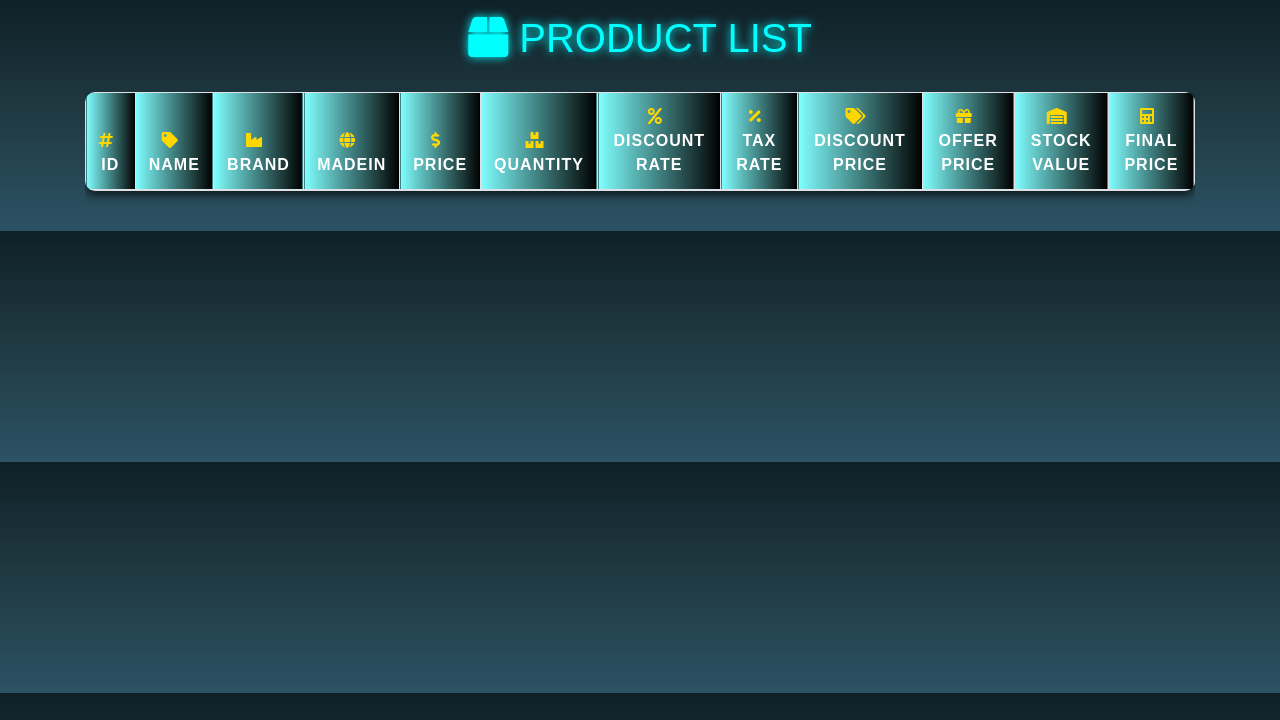
Repository: Ravi-kishor-09/Ravi-projects
Page: http://localhost/product-list
The author's editor kept a copy of each file at every save. The page is drawn from the files as they stood at one save, then again after the next save.
The browser window is 1280 px wide. The pictures show the whole page.
The page is this project's Thymeleaf template; nobody is signed in. The template is opened directly, without the code that normally fills it, so the values that code supplies are empty.

Above is the page before, as saved 2024-12-20 14:21:49.

### spring1/src/main/resources/templates/product-list.html
<!DOCTYPE html>
<html lang="en">
<head>
    <meta charset="UTF-8">
    <meta name="viewport" content="width=device-width, initial-scale=1.0">
    <title>Product List</title>
    <!-- Bootstrap CSS -->
    <link href="https://maxcdn.bootstrapcdn.com/bootstrap/4.5.2/css/bootstrap.min.css" rel="stylesheet">
    <!-- Font Awesome for Icons -->
    <link href="https://cdnjs.cloudflare.com/ajax/libs/font-awesome/5.15.4/css/all.min.css" rel="stylesheet">
    <style>
        /* General Styles */
        body {
            background: linear-gradient(to bottom, #0f2027, #203a43, #2c5364);
            color: white;
            font-family: 'Arial', sans-serif;
        }
        h1 {
            color: aqua;
            margin-bottom: 20px;
            text-shadow: 0 0 10px aqua;
            animation: text-jump 2s infinite;
        }
        @keyframes text-jump {
            0%, 100% { transform: translateY(0); }
            50% { transform: translateY(-10px); }
        }

        /* Table Styles */
        table {
            background-color: rgba(0, 0, 0, 0.8);
            border-radius: 10px;
            overflow: hidden;
            box-shadow: 0 4px 10px rgba(0, 0, 0, 0.7);
        }
        thead th {
            background: linear-gradient(90deg, rgb(128, 255, 255), rgb(0, 0, 0));
            color: white;
            font-weight: bold;
            text-transform: uppercase;
            letter-spacing: 1px;
        }
        tbody td {
            color: #d4f3ef;
        }
        tbody tr {
            transition: background-color 0.3s, transform 0.3s;
        }
        tbody tr:hover {
            background: #333;
            transform: scale(1.02);
            cursor: pointer;
        }

        /* Column Icons */
        .icon {
            color: gold;
            margin-right: 8px;
        }

        /* Button and Interaction Styles */
        .btn {
            border: none;
            color: white;
            background: linear-gradient(90deg, #56ab2f, #a8e063);
            padding: 8px 15px;
            border-radius: 20px;
            transition: all 0.3s ease-in-out;
        }
        .btn:hover {
            background: linear-gradient(90deg, #a8e063, #56ab2f);
            box-shadow: 0 0 10px #a8e063;
        }

        /* Row Glow Effect */
        tbody tr:hover td {
            text-shadow: 0 0 8px #39ff14;
        }

        /* Responsive Styles */
        @media (max-width: 768px) {
            h1 {
                font-size: 1.5rem;
            }
            table {
                font-size: 0.9rem;
            }
        }
    </style>
</head>
<body>
    <div class="container text-center py-4">
        <h1><i class="fas fa-box"></i> PRODUCT LIST</h1>
        <div class="table-responsive">
            <table class="table table-bordered table-hover">
                <thead>
                    <tr>
                        <th><i class="fas fa-hashtag icon"></i>Id</th>
                        <th><i class="fas fa-tag icon"></i>Name</th>
                        <th><i class="fas fa-industry icon"></i>Brand</th>
                        <th><i class="fas fa-globe icon"></i>MadeIn</th>
                        <th><i class="fas fa-dollar-sign icon"></i>Price</th>
                        <th><i class="fas fa-boxes icon"></i>Quantity</th>
                        <th><i class="fas fa-percent icon"></i>Discount Rate</th>
                        <th><i class="fas fa-percentage icon"></i>Tax Rate</th>
                        <th><i class="fas fa-tags icon"></i>Discount Price</th>
                        <th><i class="fas fa-gift icon"></i>Offer Price</th>
                        <th><i class="fas fa-warehouse icon"></i>Stock Value</th>
                        <th><i class="fas fa-calculator icon"></i>Final Price</th>
                    </tr>
                </thead>
                <tbody>
                    <tr th:each="product : ${products}">
                        <td th:text="${product.Id}"></td>
                        <td th:text="${product.Name}"></td>
                        <td th:text="${product.Brand}"></td>
                        <td th:text="${product.MadeIn}"></td>
                        <td th:text="${product.price}"></td>
                        <td th:text="${product.Quantity}"></td>
                        <td th:text="${product.discountRate}"></td>
                        <td th:text="${product.taxRate}"></td>
                        <td th:text="${product.discountprice}"></td>
                        <td th:text="${product.offerprice}"></td>
                        <td th:text="${product.stockvalue}"></td>
                        <td th:text="${product.finalprice}"></td>
                    </tr>

                </tbody>
            </table>
        </div>
    </div>
</body>
</html>

After the next save:
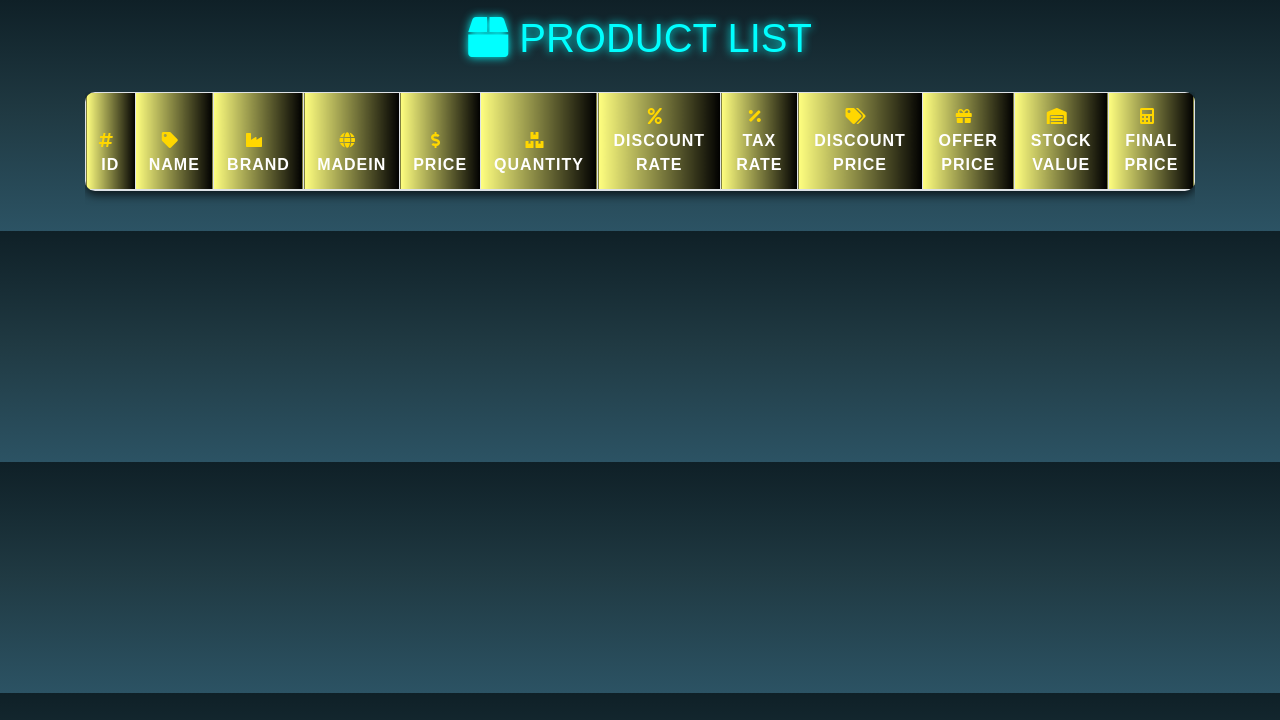
Saved 30 s later.
--- a/spring1/src/main/resources/templates/product-list.html
+++ b/spring1/src/main/resources/templates/product-list.html
@@ -34,7 +34,7 @@
             box-shadow: 0 4px 10px rgba(0, 0, 0, 0.7);
         }
         thead th {
-            background: linear-gradient(90deg, rgb(128, 255, 255), rgb(0, 0, 0));
+            background: linear-gradient(90deg, rgb(255, 255, 128), rgb(0, 0, 0));
             color: white;
             font-weight: bold;
             text-transform: uppercase;
